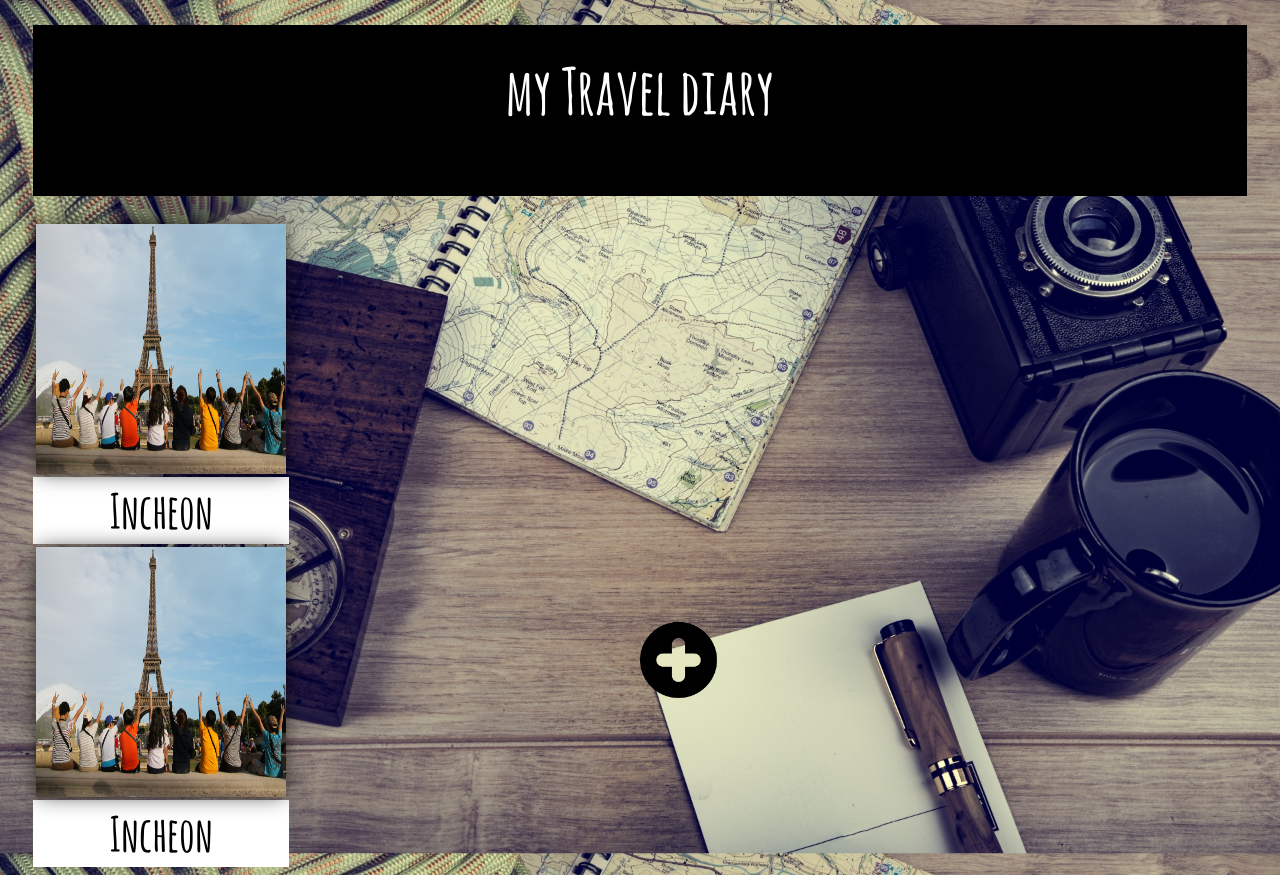
Repository: minkyung0421/jsp_travel_project
Page: http://localhost/Travel_Project/
The author's editor kept a copy of each file at every save. The page is drawn from the files as they stood at one save, then again after the next save.
The browser window is 1280 px wide. The pictures show the whole page.
The page is served by Tomcat 9. Other server files are loaded and not shown.

Above is the page before, as saved 2018-08-21 05:27:50.

### jsp_travel_project/Travel_Project/WebContent/index.jsp
<%@ page language="java" contentType="text/html; charset=EUC-KR"
    pageEncoding="EUC-KR"%>
<!DOCTYPE html PUBLIC "-//W3C//DTD HTML 4.01 Transitional//EN" "http://www.w3.org/TR/html4/loose.dtd">
<html>
<head>
<meta http-equiv="Content-Type" content="text/html; charset=EUC-KR">
<title>Insert title here</title>
</head>
<style>
@font-face{font-family: amaticsc-bold; src:url('font/AmaticSC-Bold.ttf')}

body{
	background-image: url(image/travel2.jpg);
	background-size: 100%;
}
table{
	display: inline;
}
.effect{
	display: inline-block;
	box-shadow: 0px 0px 20px -2px rgba(0,0,0,0.8);
}

.font{
	font-family: amaticsc-bold;
	font-size: 3em;
}

.font2{
	font-family: amaticsc-bold;
	font-size: 4em;
	color: white;
	margin-top: 2%;
}


</style>
<body>
<center>
	<div style = "background-color:black; margin: 2%; padding: 0.5px">
		<p class = "font2"> my Travel diary</p>
	</div>
</center>

<a style ="display:scroll; position:fixed; bottom:3%; left:50%;" href = "insertForm.jsp" title="맨위로">
	<img src = "image/add.png" width="15%" height="15%">
</a>


<!-- <table border = "0" style = "margin:2%">
	<tr>
		<td><img src = "image/1.jpg" width = "250" height = "250" class = "effect" id = "img1"></td>
	</tr>
	<tr height="10%" style = "background-color: white;">
		<td>
			<center><p class = "font">Incheon</p></center>
		</td>
	</tr>
</table>

<table border = "0" style = "margin:2%">
	<tr>
		<td><img src = "image/2.jpg" width = "250" height = "250" class = "effect" id = "img1"></td>
	</tr>
	<tr height="10%" style = "background-color: white;">
		<td>
			<center><p class = "font">Tokyo</p></center>
		</td>
	</tr>
</table> -->

<style>
#table {display: table; width: 250; margin-left: 2%;}
.row {display: table-row;}
.cell {display: table-cell; padding: 3px; }
.col1 {
	width: 250;
	height: 140;
	font-family: amaticsc-bold;
	font-size: 3em;
}
</style>
<div id="table">
<div class="row">
<span class="cell col1"><img src = "image/2.jpg" width = "250" height = "250" class = "effect" id = "img1"></span>
</div>
<div class="row">
<span class="cell col1" style = "background-color: white;"><center>Incheon</center></span>
</div>
</div>

<div id="table">
<div class="row">
<span class="cell col1"><img src = "image/2.jpg" width = "250" height = "250" class = "effect" id = "img1"></span>
</div>
<div class="row">
<span class="cell col1" style = "background-color: white;"><center>Incheon</center></span>
</div>
</div>
</body>
</html>

After the next save:
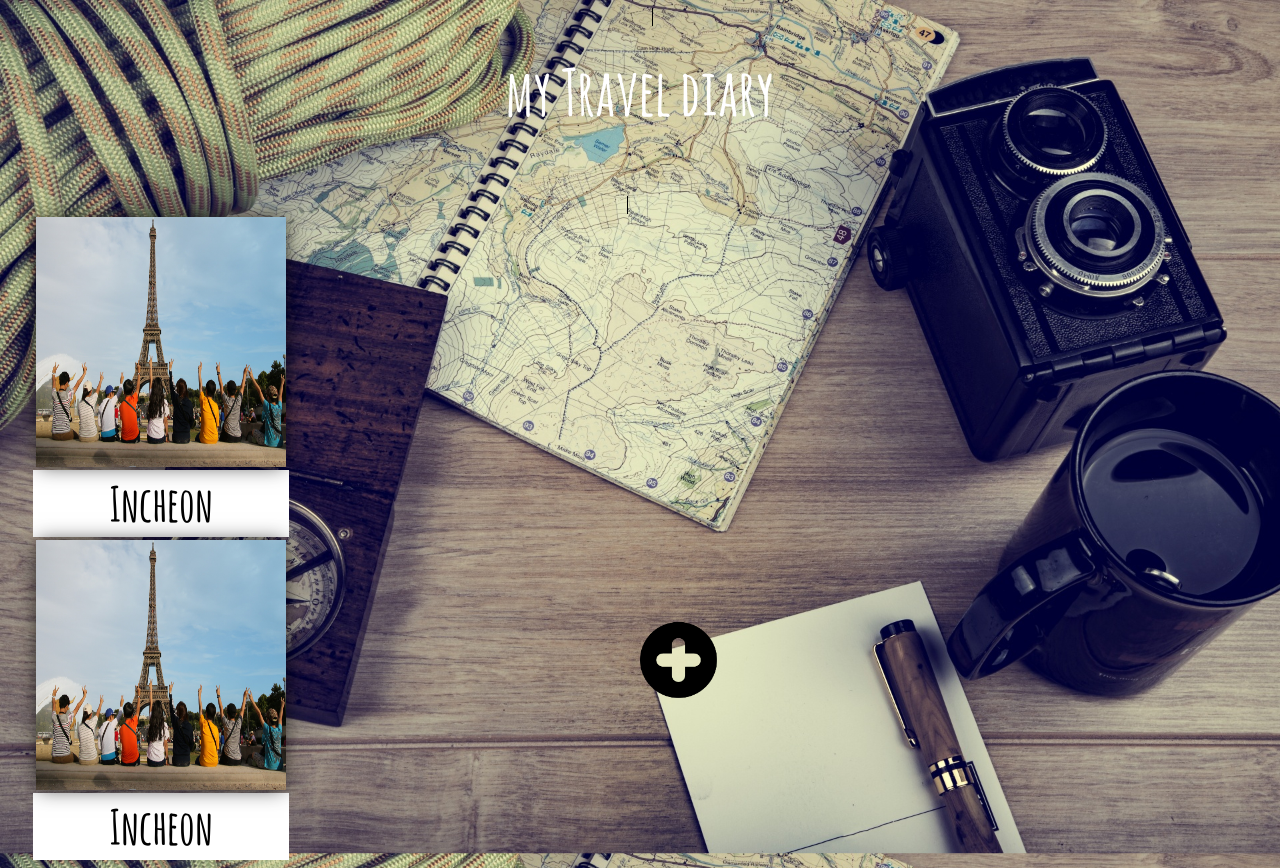
Saved 38 s later.
--- a/jsp_travel_project/Travel_Project/WebContent/index.jsp
+++ b/jsp_travel_project/Travel_Project/WebContent/index.jsp
@@ -79,6 +79,9 @@
 	font-family: amaticsc-bold;
 	font-size: 3em;
 }
+div{
+	display: inline;
+}
 </style>
 <div id="table">
 <div class="row">

After the save that followed:
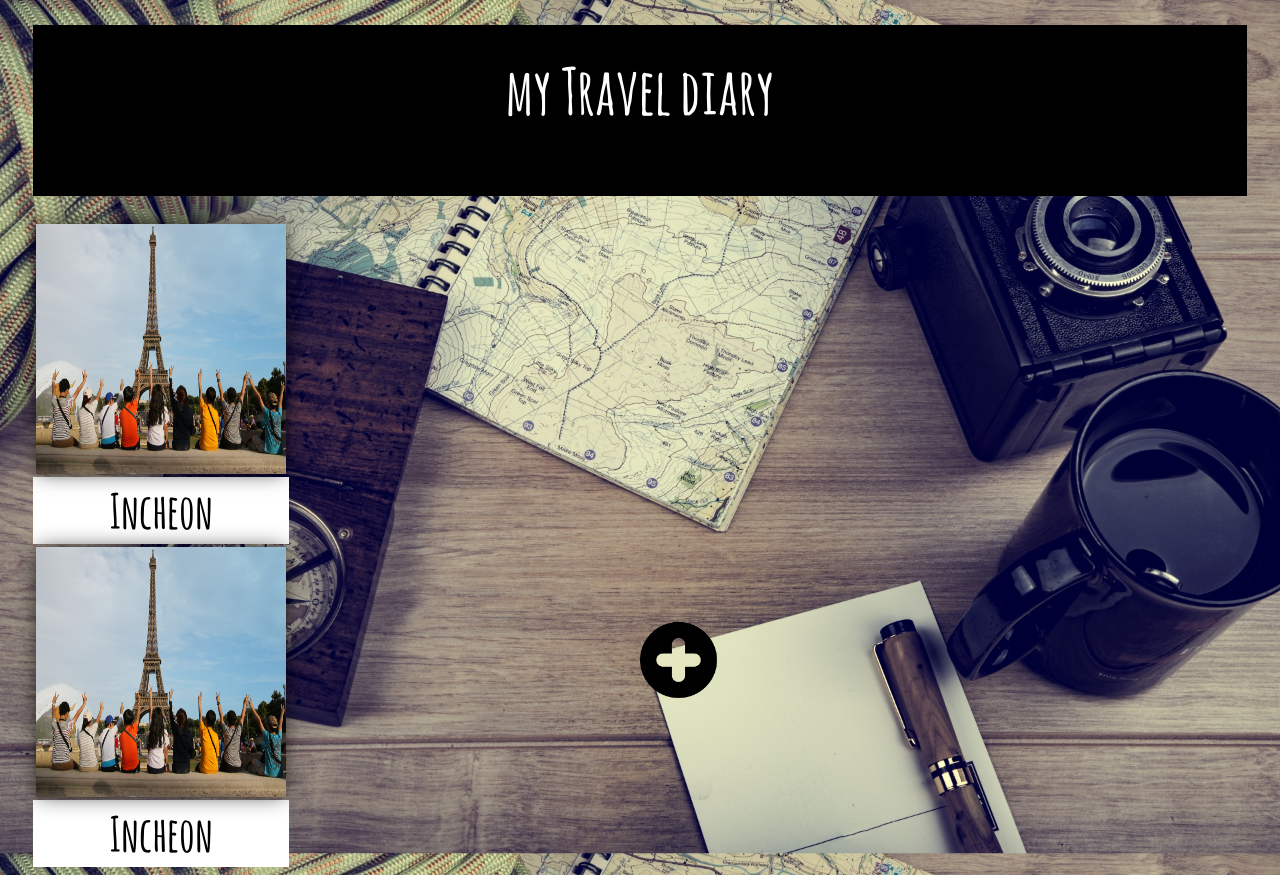
Saved 13 s later.
--- a/jsp_travel_project/Travel_Project/WebContent/index.jsp
+++ b/jsp_travel_project/Travel_Project/WebContent/index.jsp
@@ -79,9 +79,6 @@
 	font-family: amaticsc-bold;
 	font-size: 3em;
 }
-div{
-	display: inline;
-}
 </style>
 <div id="table">
 <div class="row">
